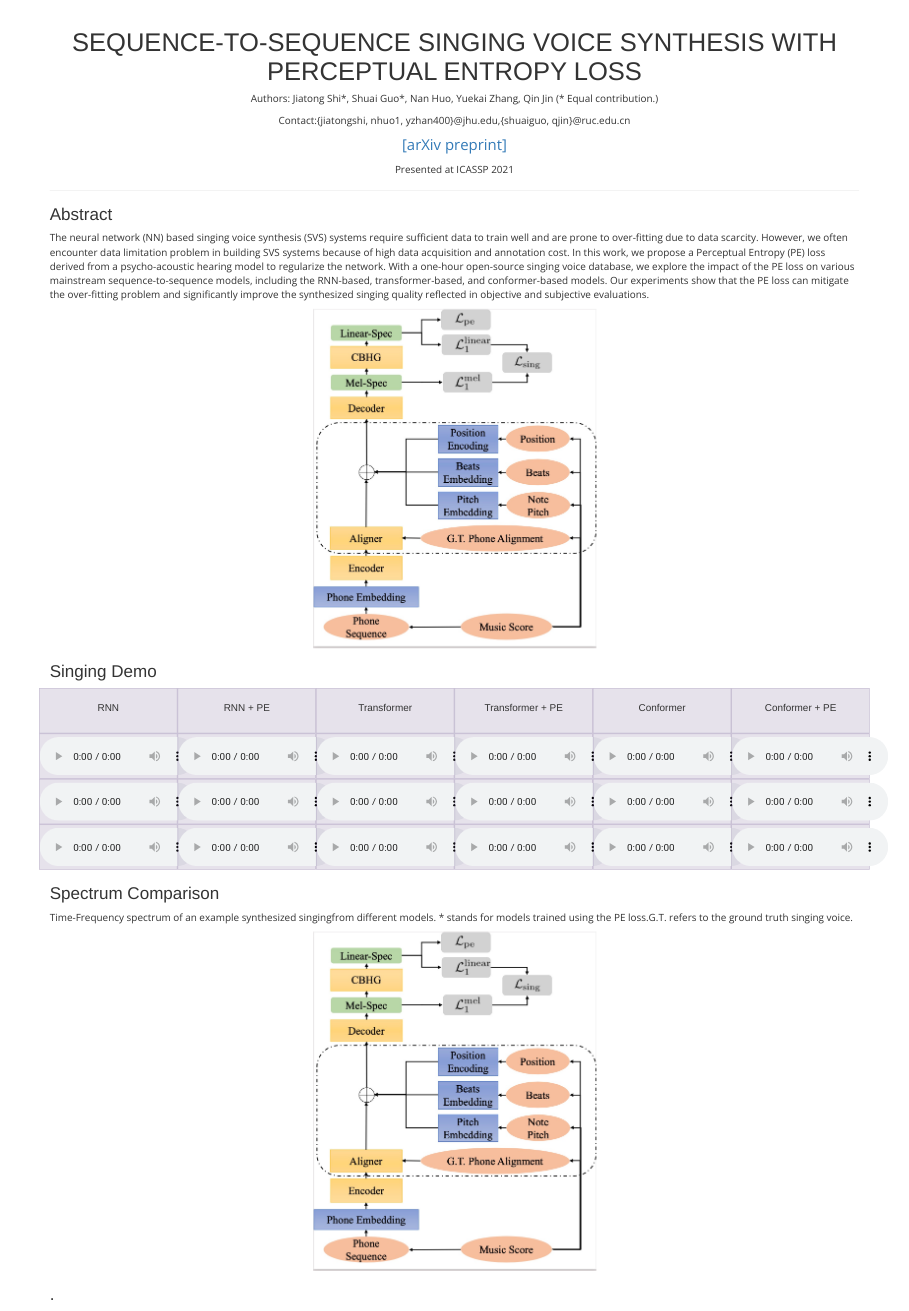
Repository: PeterGuoRuc/SVS_pe.github.io
Page: index.html
These files come from the project's save history. The page is drawn as it stood at one moment and after the next save; the edit follows.
The browser window is 1280 px wide. The pictures show the whole page, at 71% of full size.

Above is the page before, as saved 2021-06-06 19:52:57.

### index.html
<!DOCTYPE html>
<html lang="en">
  <head>
    <meta charset="utf-8">
    <meta http-equiv="X-UA-Compatible" content="IE=edge">
    <meta name="viewport" content="width=device-width, initial-scale=1">
    <meta name="description" content="">
    <meta name="author" content="">
    <link rel="shortcut icon" type="image/x-icon" href="../favicon.ico">

    <title>SEQUENCE-TO-SEQUENCE SINGING VOICE SYNTHESIS WITH PERCEPTUAL ENTROPY LOSS</title>

    <!-- Fonts -->
    <link href="https://fonts.googleapis.com/css?family=Abril+Fatface|Open+Sans" rel="stylesheet">

    <!-- Bootstrap core CSS -->
    <!--<link href="bootstrap/dist/css/bootstrap.min.css" rel="stylesheet">-->
    <link href="https://maxcdn.bootstrapcdn.com/bootstrap/3.3.7/css/bootstrap.min.css" rel="stylesheet">

    <!-- IE10 viewport hack for Surface/desktop Windows 8 bug -->
    <!--<link href="bootstrap/assets/css/ie10-viewport-bug-workaround.css" rel="stylesheet">-->
    <link href="https://maxcdn.bootstrapcdn.com/css/ie10-viewport-bug-workaround.css" rel="stylesheet">

    <!-- Custom styles for this template -->
    <link href="poster.css" rel="stylesheet">

    <!-- Just for debugging purposes. Don't actually copy these 2 lines! -->
    <!--[if lt IE 9]><script src="bootstrap/assets/js/ie8-responsive-file-warning.js"></script><![endif]-->
    <!--<script src="bootstrap/assets/js/ie-emulation-modes-warning.js"></script>-->

    <!-- HTML5 shim and Respond.js for IE8 support of HTML5 elements and media queries -->
    <!--[if lt IE 9]>
      <script src="https://oss.maxcdn.com/html5shiv/3.7.3/html5shiv.min.js"></script>
      <script src="https://oss.maxcdn.com/respond/1.4.2/respond.min.js"></script>
    <![endif]-->
  </head>

  <body>
    <div class="container">

      <div class="page-header">
        <h1>
          SEQUENCE-TO-SEQUENCE SINGING VOICE SYNTHESIS WITH PERCEPTUAL ENTROPY LOSS
        </h1>
        <p class="centered">
          Authors: Jiatong Shi*, Shuai Guo*, Nan Huo, Yuekai Zhang, Qin Jin (* Equal contribution.)
        </p>
        <p class="centered">
          Contact:{jiatongshi, nhuo1, yzhan400}@jhu.edu,{shuaiguo, qjin}@ruc.edu.cn
        </p>
        <p class="lead">
          <a class="lead_link" href="https://arxiv.org/abs/2010.12024">[arXiv preprint]</a>
        </p>
        <p class="centered">Presented at ICASSP 2021</p>
      </div>

      <h3>Abstract</h3>
      <p>The neural network (NN) based singing voice synthesis (SVS) systems require sufficient data to train well and are prone to over-fitting due to data scarcity.
        However, we often encounter data limitation problem in building SVS systems because of high data acquisition and annotation cost.
        In this work, we propose a Perceptual Entropy (PE) loss derived from a psycho-acoustic hearing model to regularize the network.
        With a one-hour open-source singing voice database, we explore the impact of the PE loss on various mainstream sequence-to-sequence models, including the RNN-based, transformer-based, and conformer-based models.
        Our experiments show that the PE loss can mitigate the over-fitting problem and significantly improve the synthesized singing quality reflected in objective and subjective evaluations.
      </p>

      <center><img src="images/svs_model.jpg" height="35%" width="35%"></center>

      <h3>Singing Demo</h3>
      <div class="row">
        <div class="col-md-2">RNN</div>
        <div class="col-md-2">RNN + PE</div>
        <div class="col-md-2">Transformer</div>
        <div class="col-md-2">Transformer + PE</div>
        <div class="col-md-2">Conformer</div>
        <div class="col-md-2">Conformer + PE</div>
      </div>
      <div class="row">
        <div class="col-md-2"><audio src="files/1_Feel_4.mp3" controls></audio></div>
        <div class="col-md-2"><audio src="files/2_Feel_4.mp3" controls></audio></div>
        <div class="col-md-2"><audio src="files/2_Feel_4.mp3" controls></audio></div>
        <div class="col-md-2"><audio src="files/2_Feel_4.mp3" controls></audio></div>
        <div class="col-md-2"><audio src="files/3_Feel_4.mp3" controls></audio></div>
        <div class="col-md-2"><audio src="files/4_Feel_4.mp3" controls></audio></div>
      </div>
      <div class="row">
        <div class="col-md-2"><audio src="files/1_Feel_4.mp3" controls></audio></div>
        <div class="col-md-2"><audio src="files/2_Feel_4.mp3" controls></audio></div>
        <div class="col-md-2"><audio src="files/2_Feel_4.mp3" controls></audio></div>
        <div class="col-md-2"><audio src="files/2_Feel_4.mp3" controls></audio></div>
        <div class="col-md-2"><audio src="files/3_Feel_4.mp3" controls></audio></div>
        <div class="col-md-2"><audio src="files/4_Feel_4.mp3" controls></audio></div>
      </div>
      <div class="row">
        <div class="col-md-2"><audio src="files/1_Feel_4.mp3" controls></audio></div>
        <div class="col-md-2"><audio src="files/2_Feel_4.mp3" controls></audio></div>
        <div class="col-md-2"><audio src="files/2_Feel_4.mp3" controls></audio></div>
        <div class="col-md-2"><audio src="files/2_Feel_4.mp3" controls></audio></div>
        <div class="col-md-2"><audio src="files/3_Feel_4.mp3" controls></audio></div>
        <div class="col-md-2"><audio src="files/4_Feel_4.mp3" controls></audio></div>
      </div>

      <h3>Spectrum Comparison</h3>
      <p>Time-Frequency spectrum of an example synthesized singingfrom different models.
        * stands for models trained using the PE loss.G.T. refers to the ground truth singing voice.
      </p>
      <center><img src="images/svs_model.jpg" height="35%" width="35%"></center>

      <h3>.</h3>


    </div> <!-- /container -->


    <!-- IE10 viewport hack for Surface/desktop Windows 8 bug -->
    <!--<script src="bootstrap/assets/js/ie10-viewport-bug-workaround.js"></script>-->
    <script src="https://maxcdn.bootstrapcdn.com/js/ie10-viewport-bug-workaround.js"></script>
  </body>
</html>

### poster.css

p {
  font-family: 'Open Sans', sans-serif;
  margin: 10px 0 10px;
}

.lead_link {
  margin: 0 5px 0 5px;
}

.lead {
  text-align: center;
  margin-bottom: 0;
}

.centered {
  text-align: center;
}

.image_title {
  text-align: center;
}

img.figure {
  display: block;
  margin-left: auto;
  margin-right: auto;
  max-width: 100%;
}

h1 {
  /* font-family: 'Abril Fatface', cursive; */
  text-align: center;
}

h4 {
  margin-top: 25px;
}
.row {
  margin-bottom: 0px;
  position: relative;
}

/* vertically center audio players */
.row audio {
    position: absolute;
    top: 0;
    left: 0;
    bottom: 0;
    right: 0;
    margin: auto;
    display: block;
    width: 220px;
}

[class*="col-"] {
  padding-top: 17px;
  padding-bottom: 17px;
  background-color: #eee;
  background-color: rgba(86,61,124,.15);
  border: 1px solid #ddd;
  border: 1px solid rgba(86,61,124,.2);
  height: 64px;
  text-align: center;
}

hr {
  margin-top: 40px;
  margin-bottom: 40px;
}

After the next save:
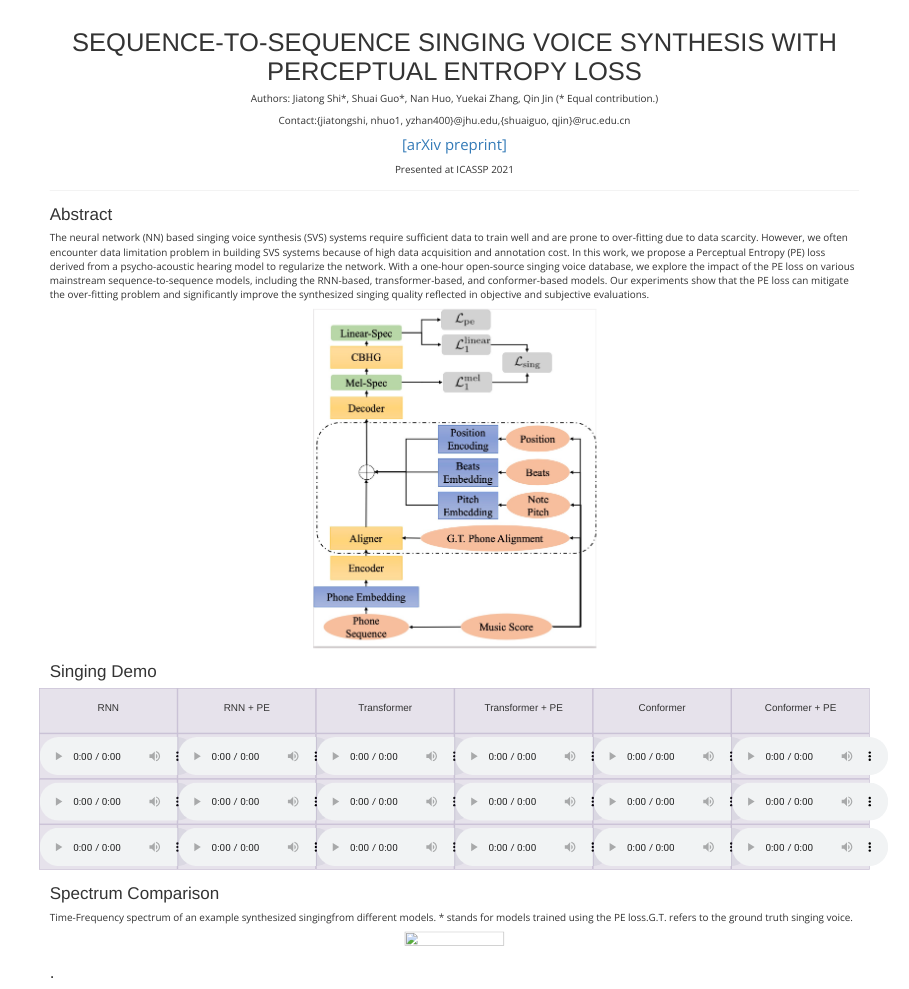
Not found: images/spectrum_compare.jpg
Saved 2 min 19 s later.
--- a/index.html
+++ b/index.html
@@ -102,7 +102,7 @@
       <p>Time-Frequency spectrum of an example synthesized singingfrom different models.
         * stands for models trained using the PE loss.G.T. refers to the ground truth singing voice.
       </p>
-      <center><img src="images/svs_model.jpg" height="35%" width="35%"></center>
+      <center><img src="images/spectrum_compare.jpg" height="35%" width="35%"></center>
 
       <h3>.</h3>
 

After the save that followed:
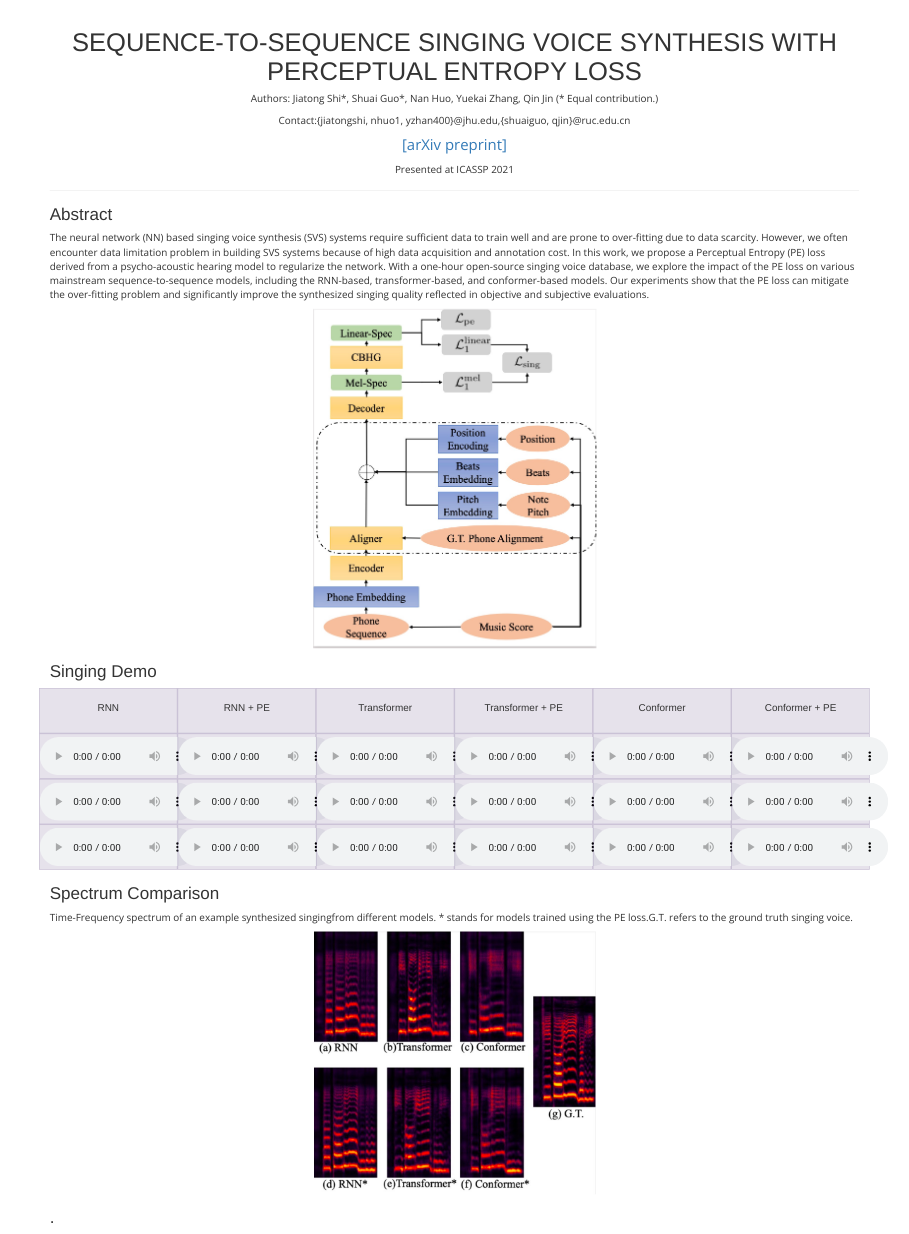
Saved 73 s later.
--- a/index.html
+++ b/index.html
@@ -102,7 +102,7 @@
       <p>Time-Frequency spectrum of an example synthesized singingfrom different models.
         * stands for models trained using the PE loss.G.T. refers to the ground truth singing voice.
       </p>
-      <center><img src="images/spectrum_compare.jpg" height="35%" width="35%"></center>
+      <center><img src="images/spec_compare.jpg" height="35%" width="35%"></center>
 
       <h3>.</h3>
 
